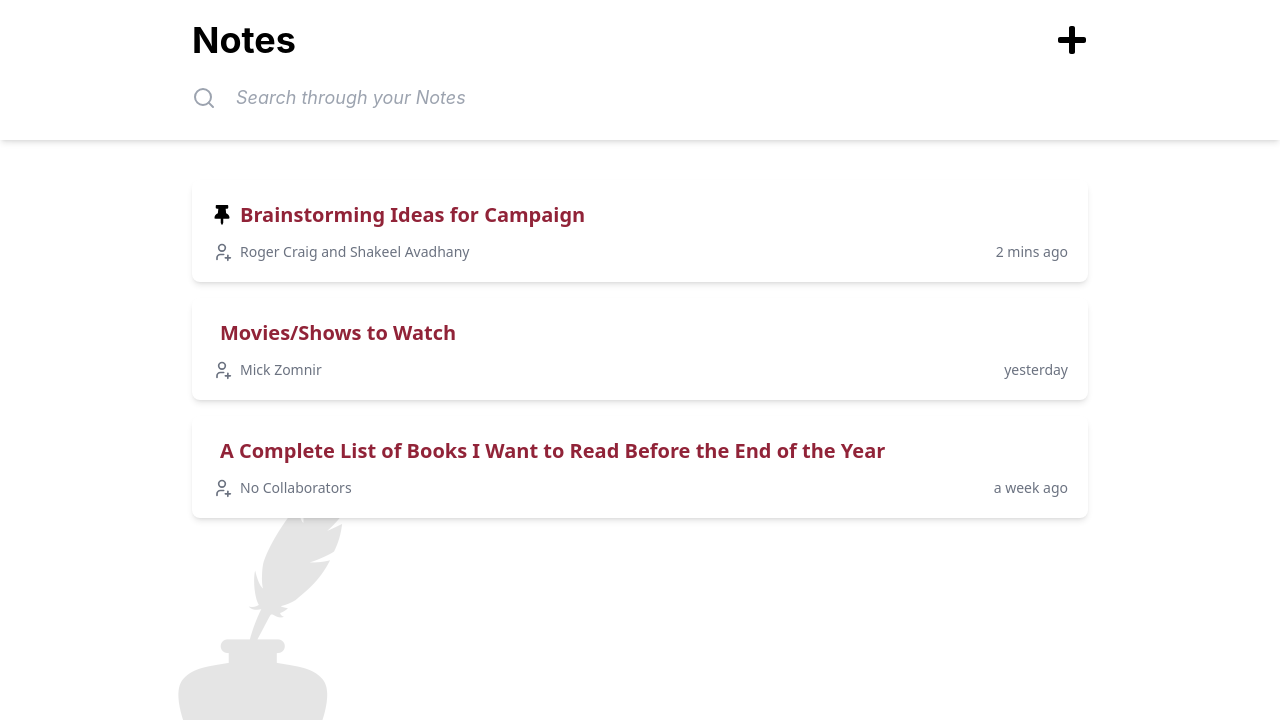
Repository: shabiasaeed/Notes-app
Page: /
An editor plug-in stored every save of this project. The page is shown before and after the next save, followed by the edit.
The browser window is 1280 px wide. The pictures show the whole page.
The project was rebuilt for these pictures with package versions that can differ from the ones it lists, and the page was loaded fresh each time. Also part of the build but not shown: src/App.css.

Above is the page before, as saved 2025-01-01 22:06:58.

### src/App.js
import React, { useState } from 'react';
import Header from './components/Header';
import Note from './components/Note';
import './App.css';
import backgroundInk from './assets/ink-background-element.png';

//Component to handle the rendering of the header and note compnents
function App() {
  // Displaying few static notes
  const [notes, notesList] = useState([
    {
      title: "Brainstorming Ideas for Campaign",
      author: "Roger Craig and Shakeel Avadhany",
      time: "2 mins ago",
      pinned: true
    },
    {
      title: "Movies/Shows to Watch",
      author: "Mick Zomnir",
      time: "yesterday",
      pinned: false
    },
    {
      title: "A Complete List of Books I Want to Read Before the End of the Year",
      author: "No Collaborators",
      time: "a week ago",
      pinned: false
    }
  ]);

  function handleDelete(title){
    notesList(notes.filter( note => note.title !== title))
  }

  function handlePinToggle(title){
    notesList(prevNotes => prevNotes.map(note => note.title === title ? { ...note, pinned: !note.pinned } : note));
  };

  // Search state
  const [searchNotes, setSearchNotes] = useState('');

  // Filter notes based on search
  const filteredNotes = notes.filter(note => note.title.toLowerCase().includes(searchNotes.toLowerCase()));

  // Pinned notes to appear at the top
  const sortedNotes = filteredNotes.sort((a, b) => b.pinned - a.pinned);

  return (
    <div>
      <Header setSearchNotes={setSearchNotes}/>
      <main className="p-2 relative flex flex-col items-center font-sans">
        <img src={backgroundInk} alt="Ink Element" className="fixed top-2/3 right-2/3 transform -translate-x-1/2 z-[-1] w-26"/>
        <div className="w-full max-w-4xl mt-8 grid grid-cols-1 gap-4">
          {sortedNotes.map((note, index) => (
            <Note key={index} title={note.title} author={note.author} time={note.time} pinned={note.pinned} onDelete={handleDelete} onPinToggle={handlePinToggle}/>
          ))}
        </div>
      </main>
    </div>
  );
}

export default App;

### src/components/Header.js
import React from 'react';
import { FiSearch } from 'react-icons/fi';
import { FaPlus } from 'react-icons/fa';


// Component to handle the display of the application's header section
const Header = ({ setSearchNotes }) => {
  return (
    <header className="p-5 bg-white flex flex-col items-center shadow-md">
      <div className="flex items-center justify-between w-full max-w-4xl">
        <h1 className="text-4xl font-bold text-black">Notes</h1>
        <FaPlus className="w-8 h-8 cursor-pointer"/>
      </div>
      <div className="flex items-center w-full max-w-4xl mt-4">
        <FiSearch className="w-6 h-6 text-gray-400 mr-3" />
        <input type="text" placeholder="Search through your Notes" className="flex-grow border-none outline-none p-2 text-lg italic placeholder-gray-400" onChange={(e) => setSearchNotes(e.target.value)}/>
      </div>
    </header>
  );
};

export default Header;

### src/components/Note.js
import React, { useState } from 'react';
import { FiTrash } from 'react-icons/fi';
import { FaThumbtack } from 'react-icons/fa';
import { TbPinned } from 'react-icons/tb';
import { TbUserPlus } from 'react-icons/tb';

//Component to handle the display of the note's section
const Note = ({ title, author, time, pinned, onDelete, onPinToggle }) => {
  const [isHovered, setIsHovered] = useState(false); //State for checking whether the note is hovered


  return (
    <div className="p-5 rounded-lg bg-white shadow-md hover:shadow-lg flex flex-col gap-2 cursor-pointer w-full" onMouseEnter={() => setIsHovered(true)} onMouseLeave={() => setIsHovered(false)}>
      <div className="flex items-center justify-between">
        <div className="flex items-center">
          {pinned ? <FaThumbtack className="w-5 h-5 cursor-pointer" onClick={() => onPinToggle(title)} /> : isHovered && <TbPinned className="w-5 h-5 cursor-pointer" onClick={() => onPinToggle(title)} />}
          <h2 className="ml-2 font-bold text-[20px] text-[#912338]">{title}</h2>
        </div>
        {isHovered && <FiTrash className="w-5 h-5 cursor-pointer" onClick={() => onDelete(title)} />}
      </div>
      <div className="flex items-center gap-2 text-sm text-gray-500 pt-1">
        <TbUserPlus className="w-5 h-5 cursor-pointer" />
        <p>{author}</p>
        <span className="ml-auto">{time}</span>
      </div>
    </div>
  );
};

export default Note;

Loaded but not shown: public/index.html (common file); src/index.js (common file); src/index.css (common file); src/reportWebVitals.js (common file); tailwind.config.js (common file)

After the next save:
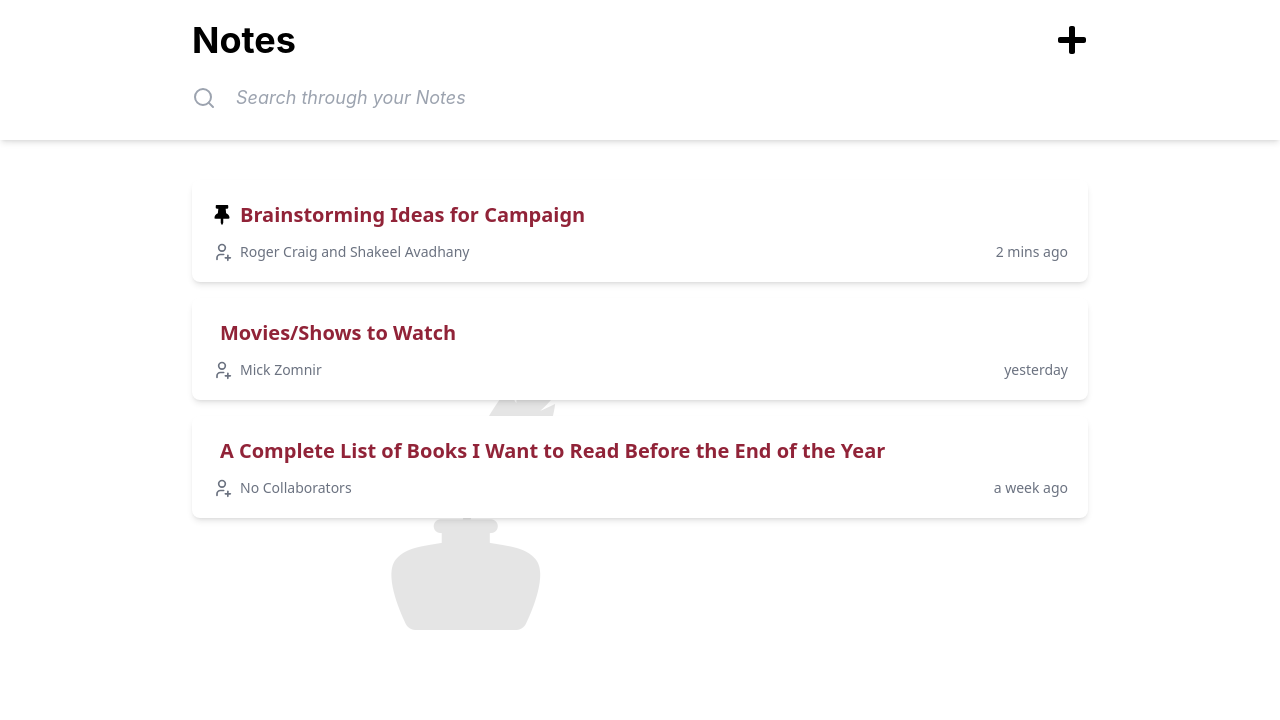
Saved 29 min 16 s later.
--- a/src/App.js
+++ b/src/App.js
@@ -49,7 +49,7 @@
     <div>
       <Header setSearchNotes={setSearchNotes}/>
       <main className="p-2 relative flex flex-col items-center font-sans">
-        <img src={backgroundInk} alt="Ink Element" className="fixed top-2/3 right-2/3 transform -translate-x-1/2 z-[-1] w-26"/>
+        <img src={backgroundInk} alt="Ink Element" className="fixed top-2/3 right-2/3 sm:top-1/2 sm:right-1/2 transform -translate-x-1/2 z-[-1] w-26"/>
         <div className="w-full max-w-4xl mt-8 grid grid-cols-1 gap-4">
           {sortedNotes.map((note, index) => (
             <Note key={index} title={note.title} author={note.author} time={note.time} pinned={note.pinned} onDelete={handleDelete} onPinToggle={handlePinToggle}/>

After the save that followed:
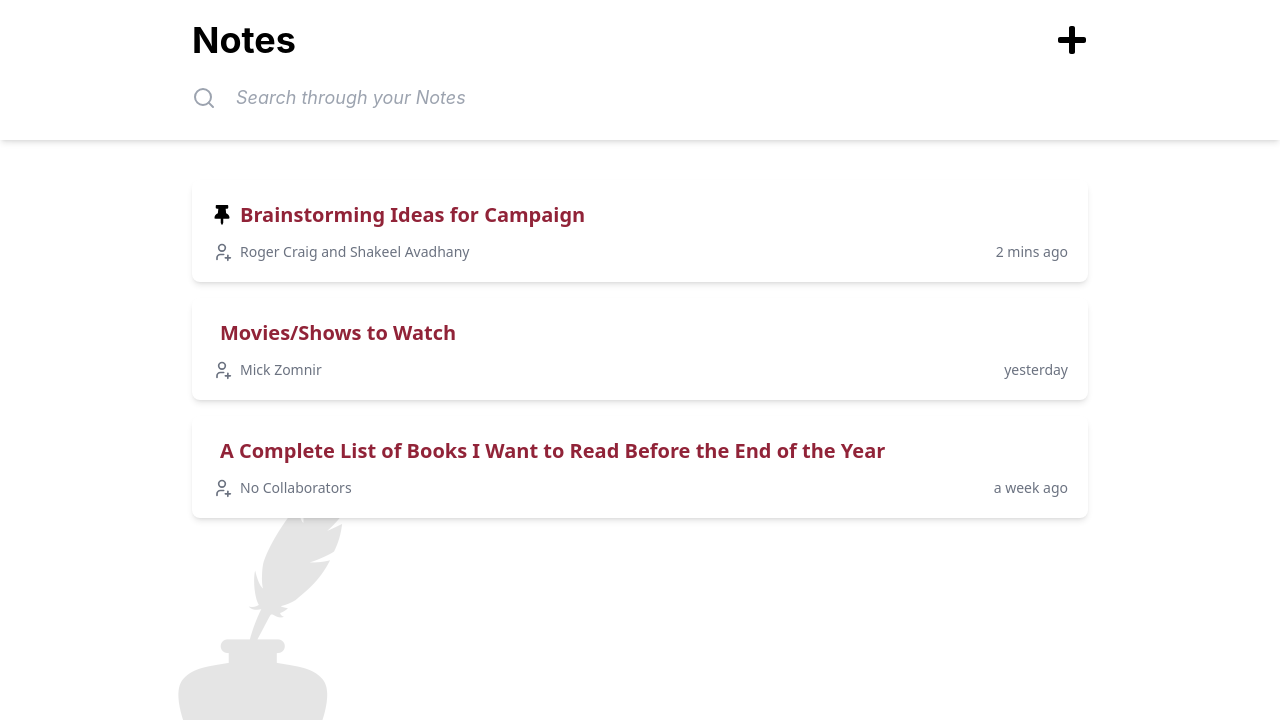
Saved 24 s later.
--- a/src/App.js
+++ b/src/App.js
@@ -49,7 +49,7 @@
     <div>
       <Header setSearchNotes={setSearchNotes}/>
       <main className="p-2 relative flex flex-col items-center font-sans">
-        <img src={backgroundInk} alt="Ink Element" className="fixed top-2/3 right-2/3 sm:top-1/2 sm:right-1/2 transform -translate-x-1/2 z-[-1] w-26"/>
+        <img src={backgroundInk} alt="Ink Element" className="fixed top-2/3 right-2/3 transform -translate-x-1/2 z-[-1] w-26"/>
         <div className="w-full max-w-4xl mt-8 grid grid-cols-1 gap-4">
           {sortedNotes.map((note, index) => (
             <Note key={index} title={note.title} author={note.author} time={note.time} pinned={note.pinned} onDelete={handleDelete} onPinToggle={handlePinToggle}/>
